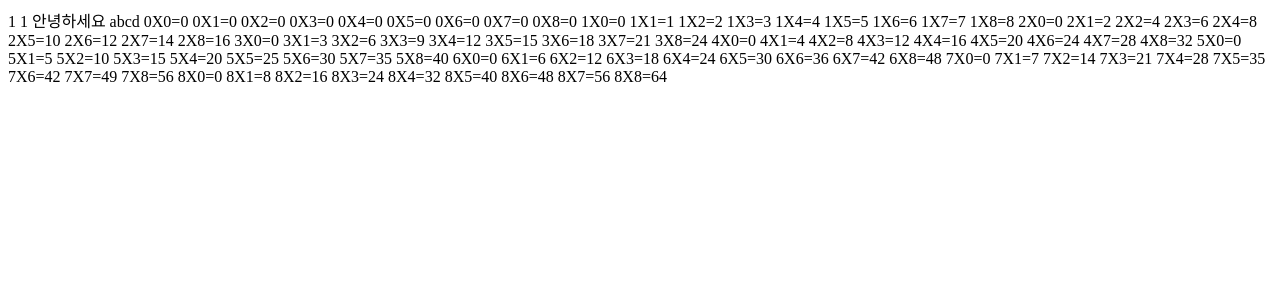
Repository: Luho0113/SpringBootStudy
Page: http://localhost/web/
An editor plug-in stored every save of this project. The page is shown before and after the next save, followed by the edit.
The browser window is 1280 px wide. The pictures show the whole page.
The page is served by Tomcat 9.

Above is the page before, as saved 2023-05-03 01:58:48.

After the next save:
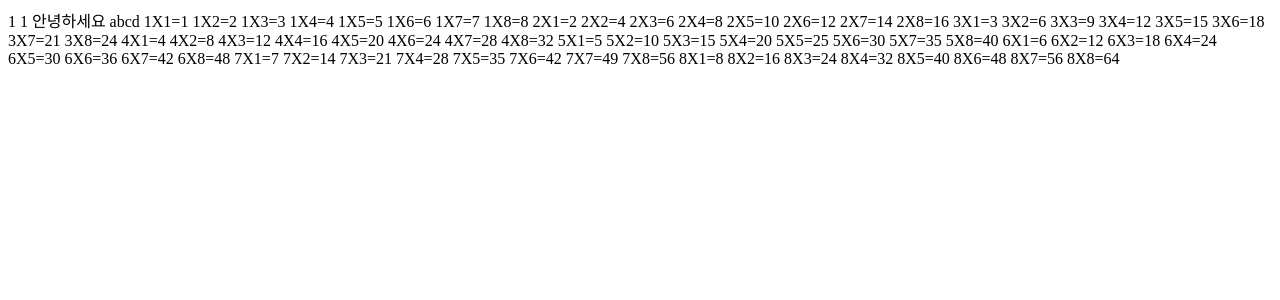
Saved 15 s later.
--- a/web/src/main/webapp/index.jsp
+++ b/web/src/main/webapp/index.jsp
@@ -15,8 +15,8 @@
 안녕하세요
 <%
 out.println("abcd");
-for(int i=0; i<9; i++){
-	for(int j=0; j<9; j++){
+for(int i=1; i<9; i++){
+	for(int j=1; j<9; j++){
 		out.println(i + "X" + j + "=" + i*j);
 	}
 }
